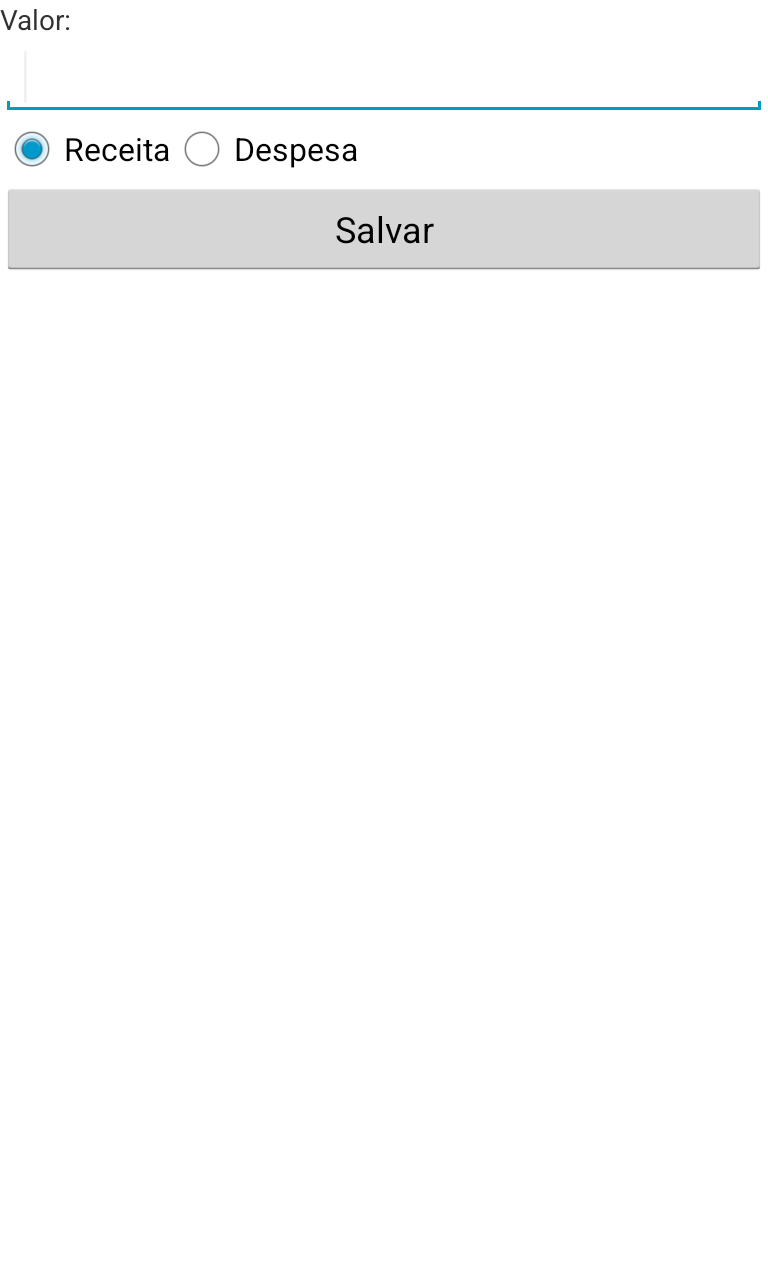
Repository: yurifialho/pos-android
Layout: Projeto10/res/layout/activity_manter_lancamento.xml
An editor plug-in stored every save of this project. The layout is shown before and after the next save, followed by the edit.
It is drawn on a 768 x 1280 px phone screen (xhdpi) without system bars, with theme AppTheme; the app's code is not run.

Above is the layout before, as saved 2014-03-22 16:38:02.

After the next save:
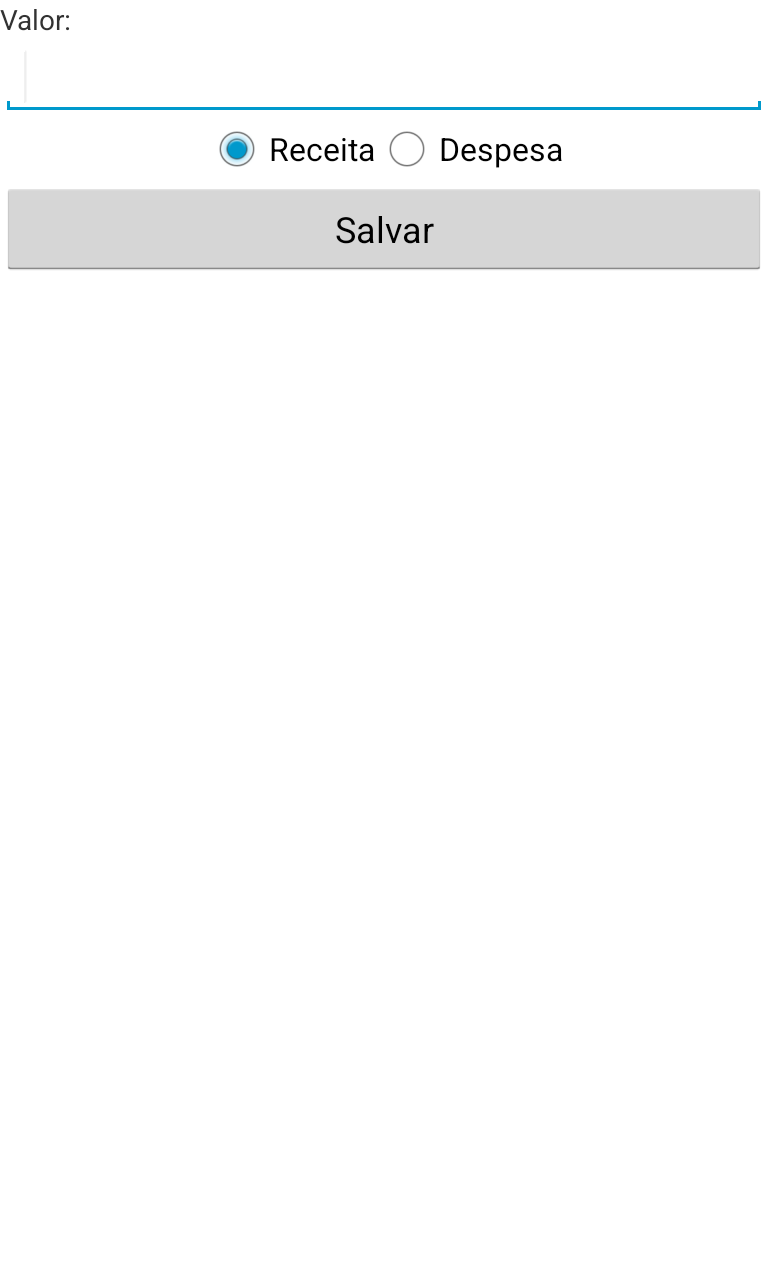
Saved 12 s later.
--- a/Projeto10/res/layout/activity_manter_lancamento.xml
+++ b/Projeto10/res/layout/activity_manter_lancamento.xml
@@ -23,7 +23,8 @@
 		<RadioGroup
 		    android:layout_width="fill_parent"
 		    android:layout_height="wrap_content"
-		    android:orientation="horizontal">
+		    android:orientation="horizontal"
+		    android:gravity="center_horizontal">
         	<RadioButton
             android:id="@+id/rdReceita"
             android:layout_width="wrap_content"
